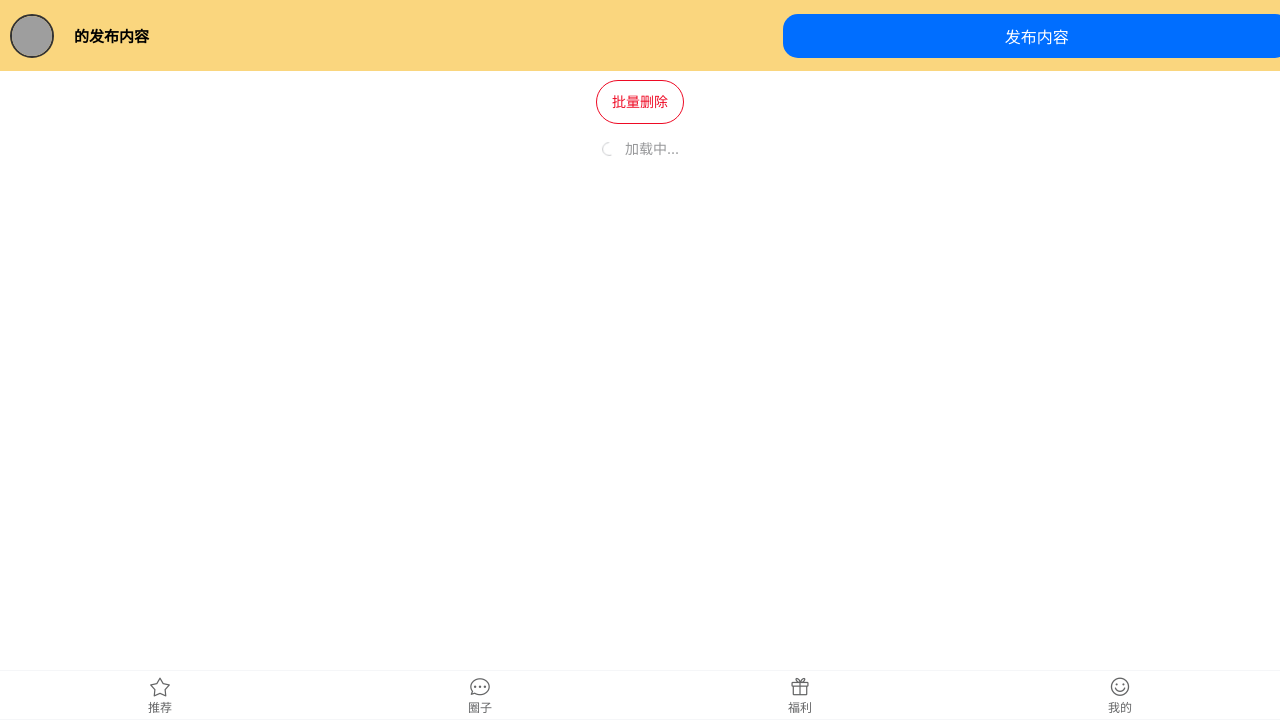
Repository: pbw-langwang/dm
Page: /#/Yhfabu (app in dm_vue/)
The author's editor kept a copy of each file at every save. The page is drawn from the files as they stood at one save, then again after the next save.
The browser window is 1280 px wide. The pictures show the whole page.
The page's requests for data from a server got no answer. The project was rebuilt for these pictures with package versions that can differ from the ones it lists, and the page was loaded fresh each time. No one was signed in, and anything a server would have sent is missing. Also part of the build but not shown: dm_vue/src/components/HelloWorld.vue, dm_vue/src/components/video.vue, dm_vue/src/components/setting.vue, dm_vue/src/components/gift.vue, dm_vue/src/components/Regist.vue, dm_vue/src/components/history.vue, dm_vue/src/components/Search.vue, dm_vue/src/components/SearchList.vue and 4 more.

Above is the page before, as saved 2021-06-22 20:53:38.

After the next save:
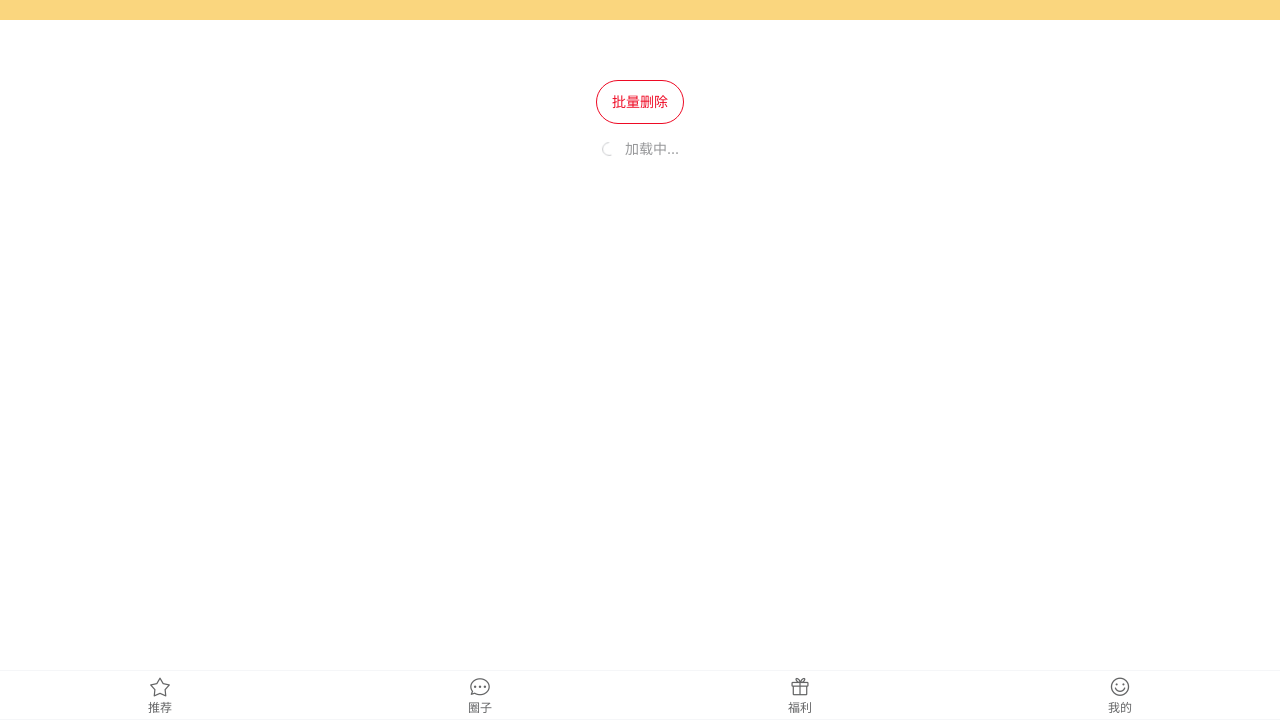
Saved 26 s later.
--- a/dm_vue/src/components/Yhfabu.vue
+++ b/dm_vue/src/components/Yhfabu.vue
@@ -1,10 +1,6 @@
 <template>
   <div>
-    <div class="top">
-      <img :src="picIp+userimg" />
-      <p class="name">{{username}} 的发布内容</p>
-      <p @click="gotofabupost()">发布内容</p>
-    </div>
+    <div class="top"></div>
 
     <div class="btn">
         <van-button type="danger" round plain @click="batchDel">批量删除</van-button>
